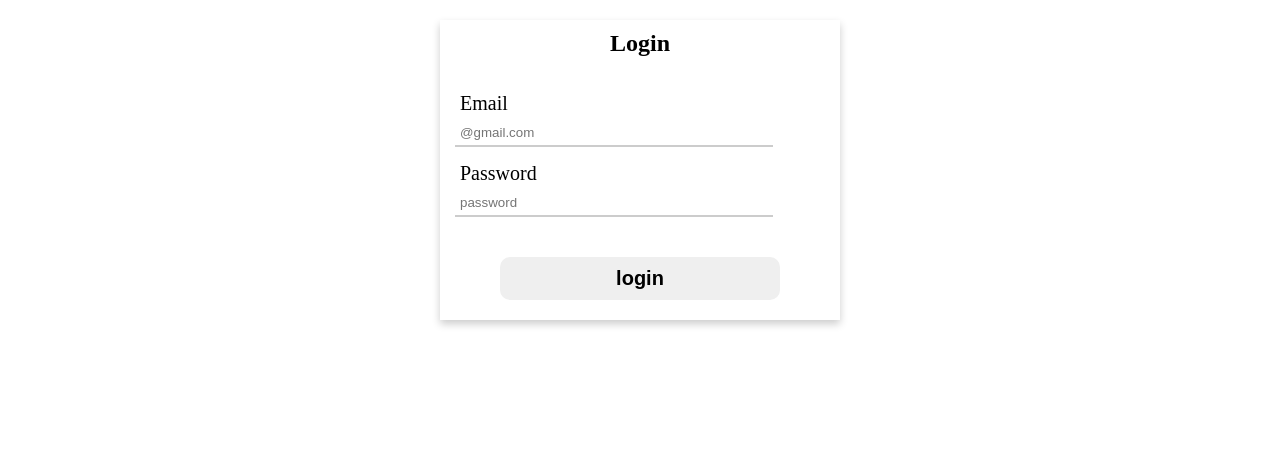
Repository: muzamil-mia/Advance_java_jspiders
Page: employee_servlet_project/src/main/webapp/login.html
An editor plug-in stored every save of this project. The page is shown before and after the next save, followed by the edit.
The browser window is 1280 px wide. The pictures show the whole page.

Above is the page before, as saved 2024-02-19 16:43:07.

After the next save:
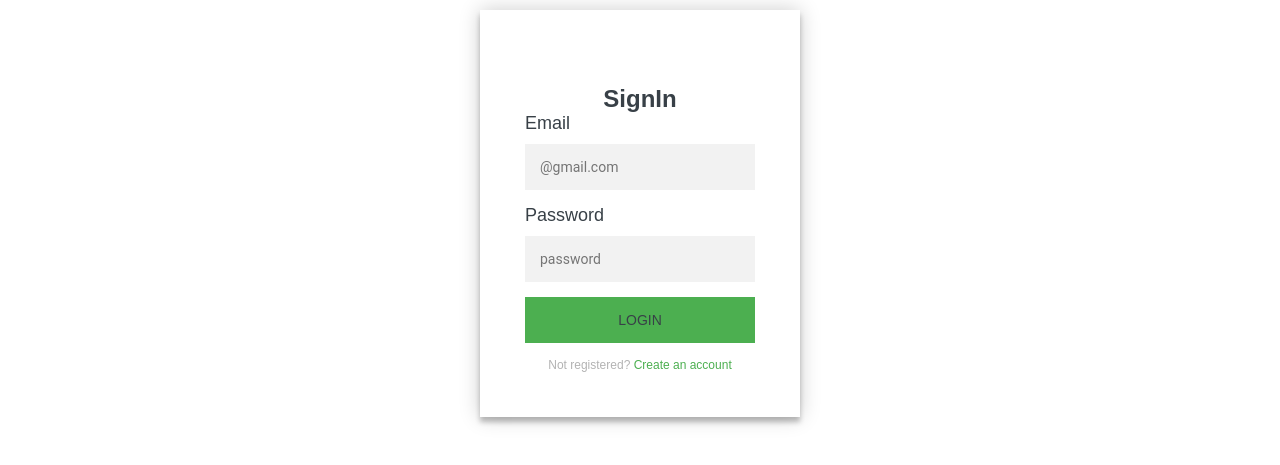
Saved 32 min 16 s later.
--- a/employee_servlet_project/src/main/webapp/login.html
+++ b/employee_servlet_project/src/main/webapp/login.html
@@ -4,65 +4,91 @@
 <meta charset="ISO-8859-1">
 <title>Insert title here</title>
 <style>
-#login {
-        min-height: 300px;
-        border: 2px solid;
-        width: 400px;
-        box-shadow: 0 4px 8px rgba(0, 0, 0, 0.2);
-        border: none;
+*{
+        *{
+      margin: 0;
+      padding: 0;
+      font-family: 'Nunito', sans-serif;
+      color: #384047;
+      box-sizing: border-box;
+     }
+      }
+      #login{
+        /* border: 2px solid; */
+        max-width: 360px;
+        padding: 10px 20px;
         margin: auto;
       }
-      form h2 {
+      h2 {
         text-align: center;
-        padding: 10px 0;
+        margin-top: 30px;
       }
-      form div {
-        margin-left: 15px;
+      #form{
+        position: relative;
+        z-index: 1;
+        background-color: #ffffff;
+        max-width: 360px;
+        margin: 0 auto 100px;
+        padding: 45px;
+        text-align: start;
+        box-shadow: 0 0 20px 0 rgba(0, 0, 0, 0.2), 0 5px 5px 0 rgba(0, 0, 0, 0.24);
       }
-      form div label {
-        font-size: 20px;
-        display: inline-block;
-        padding: 5px;
+      label{
+        display: block;
+        font-size: 18px;
+        margin-bottom: 10px;
       }
-      form div input {
-        display: inline-block;
+      #form input{
+        font-family: "Roboto", sans-serif;
+        outline: 0;
+        background-color: #f2f2f2;
+        width: 100%;
+        border: 0;
+        margin: 0 0 15px 0;
+        padding: 15px;
+        box-sizing: border-box;
+        font-size: 14px;
+      }
+      button{
+        width: 100%;
+        text-transform: uppercase;
+        outline: none;
+        background: #4CAF50;
+        padding: 15px;
         border: none;
-        border-bottom: 2px solid #ccc;
-        padding: 5px;
-        margin-bottom: 10px;
-        width: 80%;
+        font-size: 14px;
+        transition: all 0.3s;
+        cursor: pointer;
       }
-      .login {
-        display: block;
-        width: 70%;
-        margin: auto;
-        margin: 30px auto;
-        padding: 10px 0;
-        border-radius: 10px;
-        font-size: 20px;
-        font-weight: bold;
-        border: none;
-      }
-      .login:hover{
-        background-color: #ccc;
-        transition: all 1s;
-      }
+      #form button:hover,.form button:active,.form button:focus {
+  background: #43A047;
+}
+#form .message{
+  margin: 15px 0 0;
+  color: #b3b3b3;
+  font-size: 12px;
+  text-align: center;
+}
+#form .message a{
+  color: #4CAF50;
+  text-decoration: none;
+}
 </style>
 </head>
 <body>
 
-<form id="login" action="login">
-      <h2>Login</h2>
-      <div>
-        <label for="Email">Email</label>
-        <br />
-        <input type="text" name="email" placeholder="@gmail.com" />
-        <br />
-        <label for="password">Password</label><br />
-        <input type="password" name="password" id="" placeholder="password" />
-        <br />
-      </div>
-      <button class="login">login</button>
-    </form>
+<div id="login">
+      <form id="form" action="login">
+        <h2>SignIn</h2>
+        <div>
+          <label for="Email">Email</label>
+          <input type="text" name="email" placeholder="@gmail.com" />
+          <label for="password">Password</label>
+          <input type="password" name="password" id="" placeholder="password" />
+        </div>
+        <button class="login">login</button>
+        <p class="message">Not registered? <a href="#">Create an account</a></p>
+      </form>
+    </div>
 </body>
 </html>
